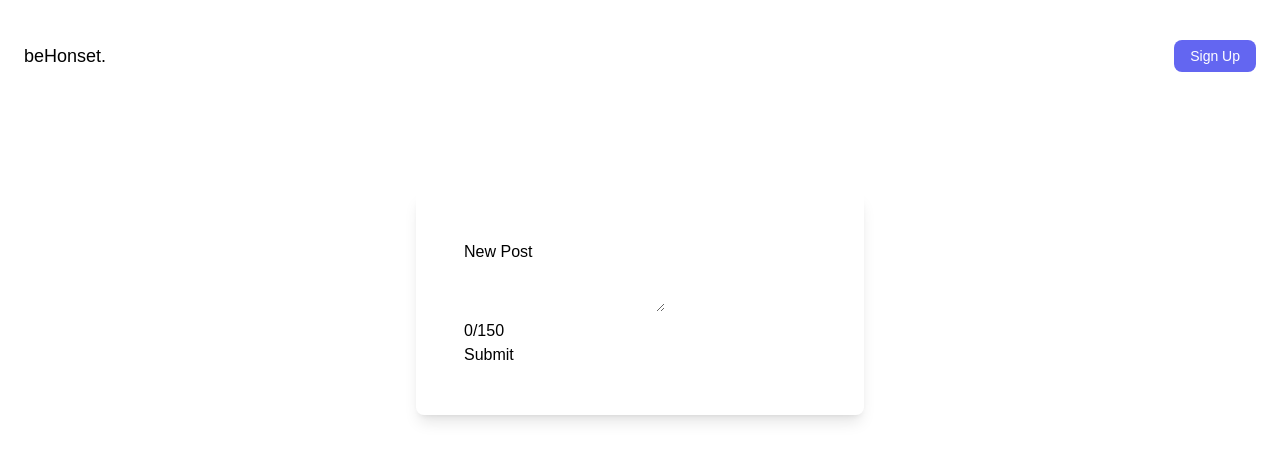
Repository: aidenfine/be-honset
Page: /new-post
These files come from the project's save history. The page is drawn as it stood at one moment and after the next save; the edit follows.
The browser window is 1280 px wide. The pictures show the whole page.
The page's requests for data from a server got no answer. The project was rebuilt for these pictures with package versions that can differ from the ones it lists, and the page was loaded fresh each time. The framework's server and built-in components were replaced by stand-ins that run in the browser. No one was signed in, and anything a server would have sent is missing. Also part of the build but not shown: next.config.js.

Above is the page before, as saved 2022-10-26 20:01:12.

After the next save:
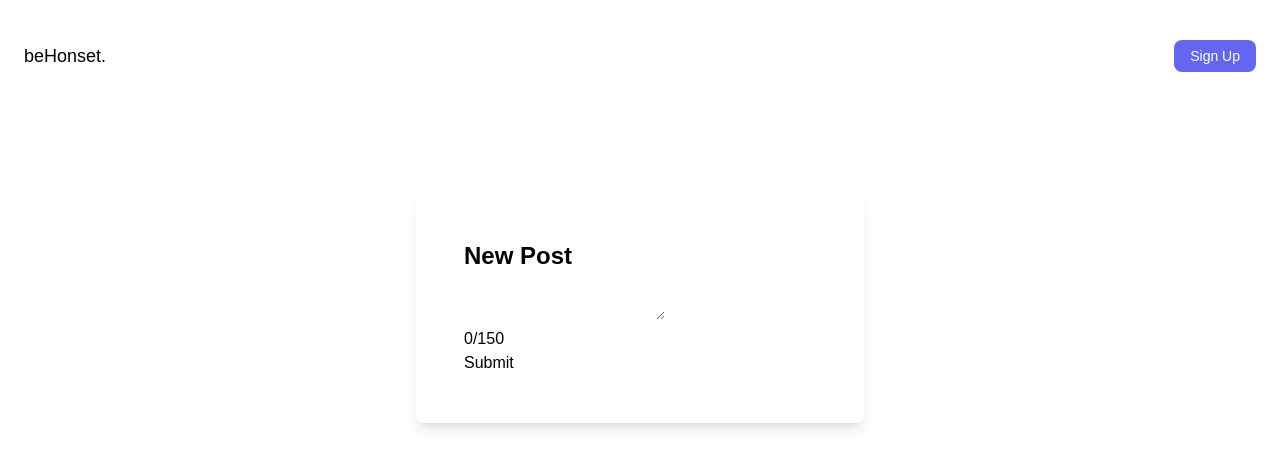
Saved 27 s later.
--- a/pages/new-post.js
+++ b/pages/new-post.js
@@ -9,7 +9,7 @@
     return(
         <div className='my-20 p-12 shadow-lg rounded-lg max-w-md mx-auto'>
             <form>
-                <h1>New Post</h1>
+                <h1 className='text-2xl font-bold'>New Post</h1>
                 <div>
                     <textarea></textarea>
                     <p>0/150</p>
